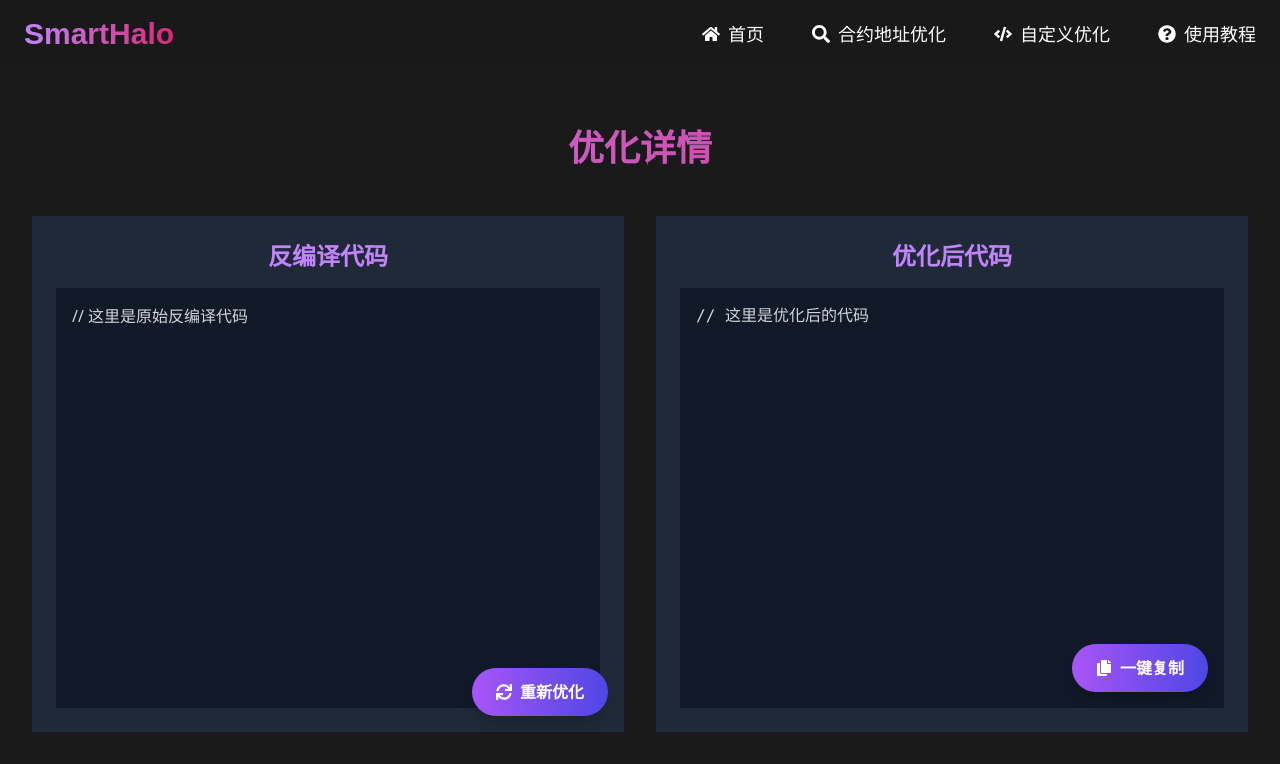
Repository: RunnerQuan/smart-halo
Page: /optimization-details
These files come from the project's save history. The page is drawn as it stood at one moment and after the next save; the edit follows.
The browser window is 1280 px wide. The pictures show the whole page.
The project was rebuilt for these pictures with package versions that can differ from the ones it lists, and the page was loaded fresh each time. The framework's server and built-in components were replaced by stand-ins that run in the browser. Also part of the build but not shown: next.config.mjs.

Above is the page before, as saved 2024-10-18 14:47:06.

### app/optimization-details/page.tsx
// "use client";

// import { useState } from 'react';
// import { motion } from 'framer-motion';
// import AnimatedButton from '../../components/ui/animated-button';
// import Navbar from '../../components/Navbar';
// import { FaCopy, FaSync } from 'react-icons/fa';

// export default function OptimizationDetails() {
//   const [isCopied, setIsCopied] = useState(false);
//   const [originalCode, setOriginalCode] = useState('// 这里是原始反编译代码');
//   const [optimizedCode, setOptimizedCode] = useState('// 这里是优化后的代码');

//   const handleCopy = () => {
//     navigator.clipboard.writeText(optimizedCode);
//     setIsCopied(true);
//     setTimeout(() => setIsCopied(false), 2000);
//   };

//   const handleReoptimize = () => {
//     // 这里应该是重新优化的逻辑
//     console.log("重新优化");
//   };

//   return (
//     <main className="flex min-h-screen flex-col items-center justify-start p-8 bg-[#1A1A1A] text-white font-sans">
//       <Navbar />
//       <div className="mt-24 w-full max-w-7xl mx-auto">
//         <motion.h1
//           className="text-4xl font-bold mb-12 text-center text-transparent bg-clip-text bg-gradient-to-r from-purple-400 to-pink-600"
//           initial={{ opacity: 0, y: -50 }}
//           animate={{ opacity: 1, y: 0 }}
//           transition={{ duration: 0.5 }}
//         >
//           优化详情
//         </motion.h1>

//         <div className="w-full flex flex-col md:flex-row space-y-8 md:space-y-0 md:space-x-8">
//           <motion.div
//             className="flex-1 bg-gray-800 rounded-lg p-6 relative"
//             initial={{ opacity: 0, x: -50 }}
//             animate={{ opacity: 1, x: 0 }}
//             transition={{ duration: 0.5, delay: 0.2 }}
//           >
//             <h2 className="text-2xl font-semibold mb-4 text-purple-400 text-center">反编译代码</h2>
//             <textarea
//               className="w-full h-[calc(100vh-300px)] bg-gray-900 text-gray-300 p-4 rounded-lg focus:outline-none focus:ring-2 focus:ring-purple-500"
//               value={originalCode}
//               onChange={(e) => setOriginalCode(e.target.value)}
//             ></textarea>
//             <div className="absolute bottom-4 right-4">
//               <AnimatedButton onClick={handleReoptimize} className="flex items-center">
//                 <FaSync className="mr-2" />
//                 重新优化
//               </AnimatedButton>
//             </div>
//           </motion.div>

//           <motion.div
//             className="flex-1 bg-gray-800 rounded-lg p-6"
//             initial={{ opacity: 0, x: 50 }}
//             animate={{ opacity: 1, x: 0 }}
//             transition={{ duration: 0.5, delay: 0.4 }}
//           >
//             <h2 className="text-2xl font-semibold mb-4 text-purple-400 text-center">优化后代码</h2>
//             <div className="relative">
//               <pre className="w-full h-[calc(100vh-300px)] bg-gray-900 text-gray-300 p-4 rounded-lg overflow-auto">
//                 {optimizedCode}
//               </pre>
//               <div className="absolute bottom-4 right-4">
//                 <AnimatedButton onClick={handleCopy} className="flex items-center">
//                   <FaCopy className="mr-2" />
//                   一键复制
//                 </AnimatedButton>
//               </div>
//             </div>
//           </motion.div>
//         </div>

//         {isCopied && (
//           <motion.div
//             className="fixed bottom-8 right-8 bg-green-500 text-white px-4 py-2 rounded-lg shadow-lg"
//             initial={{ opacity: 0, y: 50 }}
//             animate={{ opacity: 1, y: 0 }}
//             exit={{ opacity: 0, y: 50 }}
//           >
//             优化后代码已复制到剪贴板
//           </motion.div>
//         )}
//       </div>
//     </main>
//   );
// }

"use client";

import { useState } from 'react';
import { motion } from 'framer-motion';
import AnimatedButton from '../../components/ui/animated-button';
import Navbar from '../../components/Navbar';
import { FaCopy, FaSync } from 'react-icons/fa';

export default function OptimizationDetails() {
  const [isCopied, setIsCopied] = useState(false);
  const [originalCode, setOriginalCode] = useState('// 这里是原始反编译代码');
  const [optimizedCode, setOptimizedCode] = useState('// 这里是优化后的代码');

  const handleCopy = () => {
    navigator.clipboard.writeText(optimizedCode);
    setIsCopied(true);
    setTimeout(() => setIsCopied(false), 2000);
  };

  const handleReoptimize = () => {
    // 这里应该是重新优化的逻辑
    console.log("重新优化");
  };

  return (
    <main className="flex min-h-screen flex-col items-center justify-start p-8 bg-[#1A1A1A] text-white font-sans">
      <Navbar />
      <div className="mt-24 w-full max-w-7xl mx-auto">
        <motion.h1
          className="text-4xl font-bold mb-12 text-center text-transparent bg-clip-text bg-gradient-to-r from-purple-400 to-pink-600"
          initial={{ opacity: 0, y: -50 }}
          animate={{ opacity: 1, y: 0 }}
          transition={{ duration: 0.5 }}
        >
          优化详情
        </motion.h1>

        <div className="w-full flex flex-col md:flex-row space-y-8 md:space-y-0 md:space-x-8">
          <motion.div
            className="flex-1 bg-gray-800 rounded-lg p-6 relative flex flex-col"
            initial={{ opacity: 0, x: -50 }}
            animate={{ opacity: 1, x: 0 }}
            transition={{ duration: 0.5, delay: 0.2 }}
          >
            <h2 className="text-2xl font-semibold mb-4 text-purple-400 text-center">反编译代码</h2>
            <textarea
              className="w-full h-[calc(100vh-300px)] bg-gray-900 text-gray-300 p-4 rounded-lg focus:outline-none focus:ring-2 focus:ring-purple-500"
              value={originalCode}
              onChange={(e) => setOriginalCode(e.target.value)}
            ></textarea>
            <div className="absolute bottom-4 right-4">
              <AnimatedButton onClick={handleReoptimize} className="flex items-center">
                <FaSync className="mr-2" />
                重新优化
              </AnimatedButton>
            </div>
          </motion.div>

          <motion.div
            className="flex-1 bg-gray-800 rounded-lg p-6 relative flex flex-col"
            initial={{ opacity: 0, x: 50 }}
            animate={{ opacity: 1, x: 0 }}
            transition={{ duration: 0.5, delay: 0.4 }}
          >
            <h2 className="text-2xl font-semibold mb-4 text-purple-400 text-center">优化后代码</h2>
            <div className="relative flex-1">
              <pre className="w-full h-[calc(100vh-300px)] bg-gray-900 text-gray-300 p-4 rounded-lg overflow-auto">
                {optimizedCode}
              </pre>
              <div className="absolute bottom-4 right-4">
                <AnimatedButton onClick={handleCopy} className="flex items-center">
                  <FaCopy className="mr-2" />
                  一键复制
                </AnimatedButton>
              </div>
            </div>
          </motion.div>
        </div>

        {isCopied && (
          <motion.div
            className="fixed bottom-8 right-8 bg-green-500 text-white px-4 py-2 rounded-lg shadow-lg"
            initial={{ opacity: 0, y: 50 }}
            animate={{ opacity: 1, y: 0 }}
            exit={{ opacity: 0, y: 50 }}
          >
            优化后代码已复制到剪贴板
          </motion.div>
        )}
      </div>
    </main>
  );
}

### app/globals.css
@import url('https://fonts.googleapis.com/css2?family=Roboto:wght@300;400;500;700&display=swap');

@tailwind base;
@tailwind components;
@tailwind utilities;

:root {
  --foreground-rgb: 255, 255, 255;
  --background-start-rgb: 42, 42, 42;
  --background-end-rgb: 42, 42, 42;
}

body {
  color: rgb(var(--foreground-rgb));
  background: linear-gradient(
      to bottom,
      transparent,
      rgb(var(--background-end-rgb))
    )
    rgb(var(--background-start-rgb));
  font-family: 'Roboto', sans-serif;
}

### components/ui/animated-button.tsx
import React from 'react';

interface AnimatedButtonProps extends React.ButtonHTMLAttributes<HTMLButtonElement> {
  children: React.ReactNode;
}

const AnimatedButton: React.FC<AnimatedButtonProps> = ({ children, className, ...props }) => {
  return (
    <button
      className={`
        px-6 py-3 rounded-full text-white font-semibold
        bg-gradient-to-r from-purple-500 to-indigo-600
        hover:from-purple-600 hover:to-indigo-700
        transform hover:scale-105 transition duration-300 ease-in-out
        focus:outline-none focus:ring-2 focus:ring-purple-500 focus:ring-opacity-50
        shadow-lg hover:shadow-xl
        ${className}
      `}
      {...props}
    >
      {children}
    </button>
  );
};

export default AnimatedButton;

### components/Navbar.tsx
import Link from "next/link";
import { FaHome, FaCode, FaSearch, FaQuestionCircle } from 'react-icons/fa';

const navItems = [
  { name: '首页', href: '/', icon: <FaHome className="mr-2" /> },
  { name: '合约地址优化', href: '/contract-optimization', icon: <FaSearch className="mr-2" /> },
  { name: '自定义优化', href: '/custom-optimization', icon: <FaCode className="mr-2" /> },
  { name: '使用教程', href: '/help', icon: <FaQuestionCircle className="mr-2" /> },
];

export default function Navbar() {
  return (
    <nav className="fixed top-0 left-0 right-0 z-10 bg-[#1A1A1A] bg-opacity-80 backdrop-filter backdrop-blur-lg">
      <div className="container mx-auto px-6 py-4 flex justify-between items-center">
        <Link href="/" className="flex items-center">
          <span className="text-3xl font-bold bg-clip-text text-transparent bg-gradient-to-r from-purple-400 to-pink-600 font-tech">
            SmartHalo
          </span>
        </Link>
        <div className="hidden md:flex items-center space-x-12 text-lg">
          {navItems.map((item) => (
            <Link key={item.name} href={item.href} className="flex items-center">
              <span className="flex items-center">
                {item.icon}
                {item.name}
              </span>
            </Link>
          ))}
        </div>
      </div>
    </nav>
  );
}

### tailwind.config.js
module.exports = {
    darkMode: ['class'],
    content: [
    './pages/**/*.{js,ts,jsx,tsx,mdx}',
    './components/**/*.{js,ts,jsx,tsx,mdx}',
    './app/**/*.{js,ts,jsx,tsx,mdx}',
  ],
  theme: {
  	extend: {
  		fontFamily: {
  			harmonyos: ['HarmonyOS Sans', 'sans-serif'],
  			song: ['Noto Serif SC', 'serif'],
  			'noto-sans': ['Noto Sans SC', 'sans-serif'],
  			'tech': ['Orbitron', 'sans-serif']
  		},
  		backgroundImage: {
  			'gradient-radial': 'radial-gradient(var(--tw-gradient-stops))',
  			'gradient-conic': 'conic-gradient(from 180deg at 50% 50%, var(--tw-gradient-stops))'
  		},
  		borderRadius: {
  			lg: 'var(--radius)',
  			md: 'calc(var(--radius) - 2px)',
  			sm: 'calc(var(--radius) - 4px)'
  		},
  		colors: {
  			background: 'hsl(var(--background))',
  			foreground: 'hsl(var(--foreground))',
  			card: {
  				DEFAULT: 'hsl(var(--card))',
  				foreground: 'hsl(var(--card-foreground))'
  			},
  			popover: {
  				DEFAULT: 'hsl(var(--popover))',
  				foreground: 'hsl(var(--popover-foreground))'
  			},
  			primary: {
  				DEFAULT: 'hsl(var(--primary))',
  				foreground: 'hsl(var(--primary-foreground))'
  			},
  			secondary: {
  				DEFAULT: 'hsl(var(--secondary))',
  				foreground: 'hsl(var(--secondary-foreground))'
  			},
  			muted: {
  				DEFAULT: 'hsl(var(--muted))',
  				foreground: 'hsl(var(--muted-foreground))'
  			},
  			accent: {
  				DEFAULT: 'hsl(var(--accent))',
  				foreground: 'hsl(var(--accent-foreground))'
  			},
  			destructive: {
  				DEFAULT: 'hsl(var(--destructive))',
  				foreground: 'hsl(var(--destructive-foreground))'
  			},
  			border: 'hsl(var(--border))',
  			input: 'hsl(var(--input))',
  			ring: 'hsl(var(--ring))',
  			chart: {
  				'1': 'hsl(var(--chart-1))',
  				'2': 'hsl(var(--chart-2))',
  				'3': 'hsl(var(--chart-3))',
  				'4': 'hsl(var(--chart-4))',
  				'5': 'hsl(var(--chart-5))'
  			}
  		},
  		animation: {
  			pulse: 'pulse var(--duration) ease-out infinite'
  		},
  		keyframes: {
  			pulse: {
  				'0%, 100%': {
  					boxShadow: '0 0 0 0 var(--pulse-color)'
  				},
  				'50%': {
  					boxShadow: '0 0 0 8px var(--pulse-color)'
  				}
  			}
  		}
  	}
  },
  plugins: [require("tailwindcss-animate")],
}

Loaded but not shown: app/layout.tsx (common file)

After the next save:
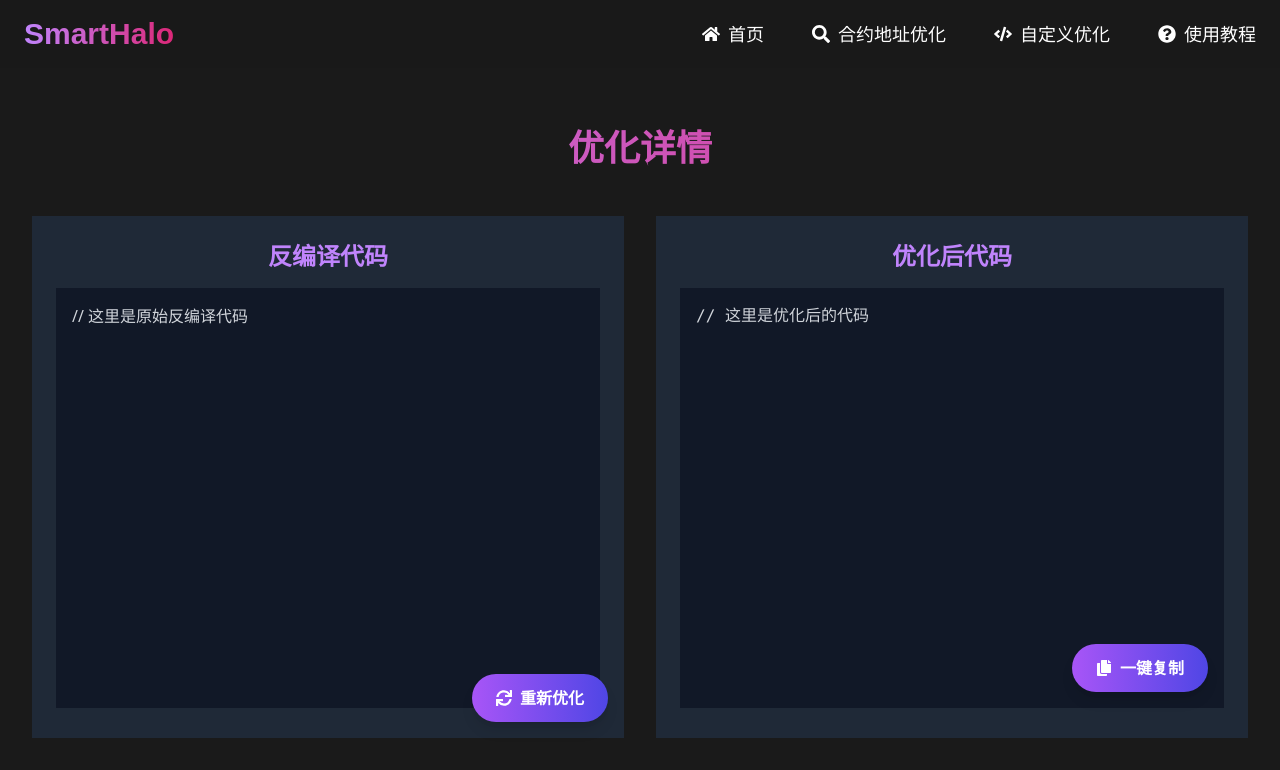
Saved 13 s later.
--- a/app/optimization-details/page.tsx
+++ b/app/optimization-details/page.tsx
@@ -1,97 +1,3 @@
-// "use client";
-
-// import { useState } from 'react';
-// import { motion } from 'framer-motion';
-// import AnimatedButton from '../../components/ui/animated-button';
-// import Navbar from '../../components/Navbar';
-// import { FaCopy, FaSync } from 'react-icons/fa';
-
-// export default function OptimizationDetails() {
-//   const [isCopied, setIsCopied] = useState(false);
-//   const [originalCode, setOriginalCode] = useState('// 这里是原始反编译代码');
-//   const [optimizedCode, setOptimizedCode] = useState('// 这里是优化后的代码');
-
-//   const handleCopy = () => {
-//     navigator.clipboard.writeText(optimizedCode);
-//     setIsCopied(true);
-//     setTimeout(() => setIsCopied(false), 2000);
-//   };
-
-//   const handleReoptimize = () => {
-//     // 这里应该是重新优化的逻辑
-//     console.log("重新优化");
-//   };
-
-//   return (
-//     <main className="flex min-h-screen flex-col items-center justify-start p-8 bg-[#1A1A1A] text-white font-sans">
-//       <Navbar />
-//       <div className="mt-24 w-full max-w-7xl mx-auto">
-//         <motion.h1
-//           className="text-4xl font-bold mb-12 text-center text-transparent bg-clip-text bg-gradient-to-r from-purple-400 to-pink-600"
-//           initial={{ opacity: 0, y: -50 }}
-//           animate={{ opacity: 1, y: 0 }}
-//           transition={{ duration: 0.5 }}
-//         >
-//           优化详情
-//         </motion.h1>
-
-//         <div className="w-full flex flex-col md:flex-row space-y-8 md:space-y-0 md:space-x-8">
-//           <motion.div
-//             className="flex-1 bg-gray-800 rounded-lg p-6 relative"
-//             initial={{ opacity: 0, x: -50 }}
-//             animate={{ opacity: 1, x: 0 }}
-//             transition={{ duration: 0.5, delay: 0.2 }}
-//           >
-//             <h2 className="text-2xl font-semibold mb-4 text-purple-400 text-center">反编译代码</h2>
-//             <textarea
-//               className="w-full h-[calc(100vh-300px)] bg-gray-900 text-gray-300 p-4 rounded-lg focus:outline-none focus:ring-2 focus:ring-purple-500"
-//               value={originalCode}
-//               onChange={(e) => setOriginalCode(e.target.value)}
-//             ></textarea>
-//             <div className="absolute bottom-4 right-4">
-//               <AnimatedButton onClick={handleReoptimize} className="flex items-center">
-//                 <FaSync className="mr-2" />
-//                 重新优化
-//               </AnimatedButton>
-//             </div>
-//           </motion.div>
-
-//           <motion.div
-//             className="flex-1 bg-gray-800 rounded-lg p-6"
-//             initial={{ opacity: 0, x: 50 }}
-//             animate={{ opacity: 1, x: 0 }}
-//             transition={{ duration: 0.5, delay: 0.4 }}
-//           >
-//             <h2 className="text-2xl font-semibold mb-4 text-purple-400 text-center">优化后代码</h2>
-//             <div className="relative">
-//               <pre className="w-full h-[calc(100vh-300px)] bg-gray-900 text-gray-300 p-4 rounded-lg overflow-auto">
-//                 {optimizedCode}
-//               </pre>
-//               <div className="absolute bottom-4 right-4">
-//                 <AnimatedButton onClick={handleCopy} className="flex items-center">
-//                   <FaCopy className="mr-2" />
-//                   一键复制
-//                 </AnimatedButton>
-//               </div>
-//             </div>
-//           </motion.div>
-//         </div>
-
-//         {isCopied && (
-//           <motion.div
-//             className="fixed bottom-8 right-8 bg-green-500 text-white px-4 py-2 rounded-lg shadow-lg"
-//             initial={{ opacity: 0, y: 50 }}
-//             animate={{ opacity: 1, y: 0 }}
-//             exit={{ opacity: 0, y: 50 }}
-//           >
-//             优化后代码已复制到剪贴板
-//           </motion.div>
-//         )}
-//       </div>
-//     </main>
-//   );
-// }
-
 "use client";
 
 import { useState } from 'react';
@@ -131,7 +37,7 @@ export default function OptimizationDetails() {
 
         <div className="w-full flex flex-col md:flex-row space-y-8 md:space-y-0 md:space-x-8">
           <motion.div
-            className="flex-1 bg-gray-800 rounded-lg p-6 relative flex flex-col"
+            className="flex-1 bg-gray-800 rounded-lg p-6 relative"
             initial={{ opacity: 0, x: -50 }}
             animate={{ opacity: 1, x: 0 }}
             transition={{ duration: 0.5, delay: 0.2 }}
@@ -151,13 +57,13 @@ export default function OptimizationDetails() {
           </motion.div>
 
           <motion.div
-            className="flex-1 bg-gray-800 rounded-lg p-6 relative flex flex-col"
+            className="flex-1 bg-gray-800 rounded-lg p-6"
             initial={{ opacity: 0, x: 50 }}
             animate={{ opacity: 1, x: 0 }}
             transition={{ duration: 0.5, delay: 0.4 }}
           >
             <h2 className="text-2xl font-semibold mb-4 text-purple-400 text-center">优化后代码</h2>
-            <div className="relative flex-1">
+            <div className="relative">
               <pre className="w-full h-[calc(100vh-300px)] bg-gray-900 text-gray-300 p-4 rounded-lg overflow-auto">
                 {optimizedCode}
               </pre>
